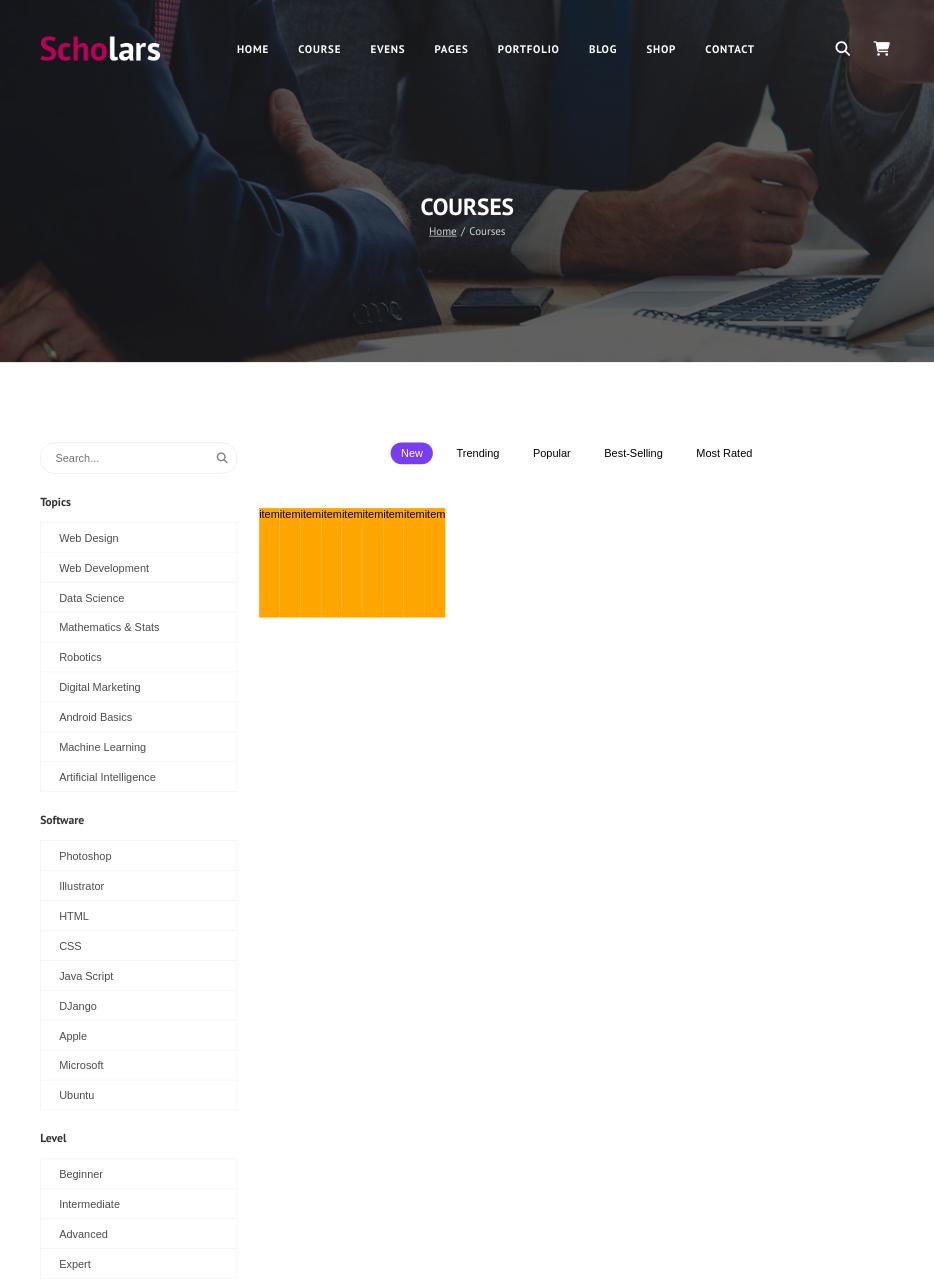
Repository: lannguyen1301/f8-zoom-day-7
Page: index.html
The author's editor kept a copy of each file at every save. The page is drawn from the files as they stood at one save, then again after the next save.
The browser window is 1280 px wide. The pictures show the whole page, at 73% of full size.
Some web fonts or font styles are not loaded; a fallback is used.

Above is the page before, as saved 2025-04-24 23:52:55.

After the next save:
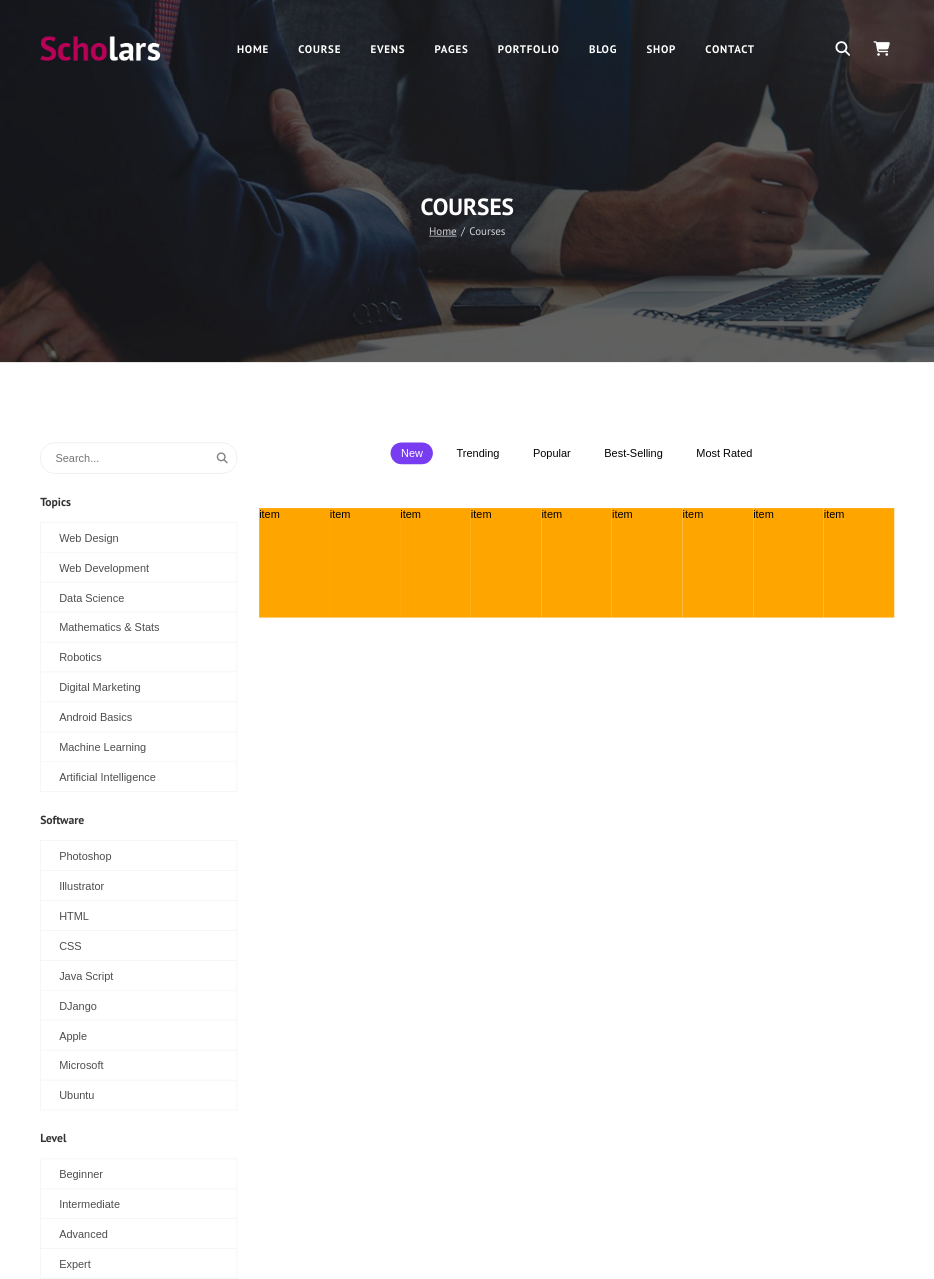
Saved 11 s later.
--- a/assets/css/style.css
+++ b/assets/css/style.css
@@ -248,6 +248,7 @@ ul.menu li + li {
 }
 
 .courses-item {
+    width: 33.333%;
     min-height: 150px;
     background: orange;
 }
